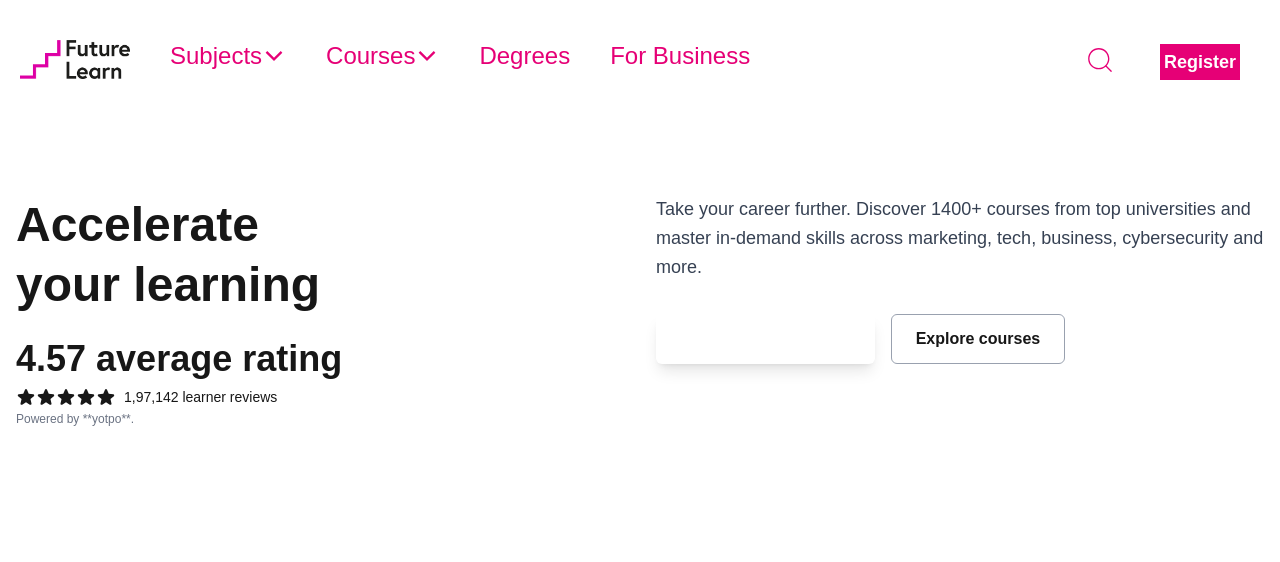
Repository: Aayu0981/Courses-App
Page: / (app in my-app/)
An editor plug-in stored every save of this project. The page is shown before and after a run of saves, followed by the edit.
The browser window is 1280 px wide. The pictures show the whole page.
The project was rebuilt for these pictures with package versions that can differ from the ones it lists, and the page was loaded fresh each time. The framework's server and built-in components were replaced by stand-ins that run in the browser. Also part of the build but not shown: my-app/next.config.ts.

Above is the page before, as saved 2025-11-21 14:05:21.

### my-app/app/page.tsx
import Nav from './Components/Nav'
import MidPAges from './Components/MidP'



export default function Home(){

  return(<div>
   <Nav/>
   <MidPAges/>
  </div>)
}

### my-app/app/Components/Nav.tsx
'use client'
import Image from "next/image"
import { CiSearch } from "react-icons/ci";
import Subject from "./Subject";
import Courses from "./Courses";


export default function Nav(){
  return(

<nav className="m-5 mt-10  bg-white   flex    text-xl ">

  {/* Left logo */}
<div className="flex gap-10 text-2xl" >
   <Image src="/F2.png" alt="IconeImage" height={50} width={110}/>
   <Subject />
   <Courses/>
  <span className=" text-pink-600 hover:text-blue-700">Degrees</span>
  <span className=" w-full whitespace-nowrap overflow-visible  text-pink-600 hover:text-blue-700">For Business</span>
</div>

{/* right part of nav */}
<div  className="flex  gap-10 absolute top-1 right-10 mt-10 text-pink-600 ">
  <CiSearch className="h-8 w-10 hover:text-blue-600  text-2xl" />
  <button className=" text-white bg-pink-600 hover:bg-blue-600 font-semibold text-lg px-1 py-1 ">Register</button>
</div>
</nav>


 )

}

### my-app/app/Components/MidP.tsx
// components/HeroSection.js
import React from 'react';
import { StarIcon } from '@heroicons/react/24/solid';

export default function HeroSection() {
  return (
    // 1. बैकग्राउंड ग्रेडिएंट और padding/margin
    <section className="bg-gradient-to-r from-pink-600-start to-soft-purple-end py-16 md:py-24">
      <div className="container mx-auto px-4">


        <div className="grid md:grid-cols-2 gap-8 items-start">

          {/* (Text and Rating) */}
          <div>
            <h1 className="text-4xl md:text-5xl font-extrabold text-futurelearn-purple leading-tight">
              Accelerate<br />your learning
            </h1>


            <div className="mt-6">
              <p className="text-4xl font-semibold text-futurelearn-purple">4.57 average rating</p>

              {/* star */}
              <div className="flex items-center mt-2">
                {[...Array(5)].map((_, i) => (
                  <StarIcon
                    key={i}
                    className={`w-5 h-5 ${i < 4.5 ? 'text-futurelearn-pink' : 'text-gray-300'}`}

                  />
                ))}
                <span className="ml-2 text-futurelearn-purple text-sm">1,97,142 learner reviews</span>
              </div>

              <p className="text-xs mt-1 text-gray-500">Powered by **yotpo**.</p>
            </div>
          </div>

          {/* right coolum */}
          <div className="pt-4 md:pt-0">
            <p className="text-lg text-gray-700 leading-relaxed">
              Take your career further. Discover 1400+ courses
              from top universities and master in-demand skills
              across marketing, tech, business, cybersecurity and
              more.
            </p>

            {/* buttons*/}
            <div className="flex flex-col sm:flex-row space-y-4 sm:space-y-0 sm:space-x-4 mt-8">
              <button className="bg-futurelearn-pink hover:bg-pink-700 text-white font-semibold py-3 px-6 rounded-md shadow-lg transition duration-300">
                Get Unlimited learning
              </button>
              <button className="bg-white border border-gray-400 hover:border-gray-500 text-futurelearn-purple font-semibold py-3 px-6 rounded-md transition duration-300">
                Explore courses
              </button>
            </div>
          </div>
        </div>
      </div>
    </section>
  );
}

### my-app/app/Components/Subject.tsx
'use client';
import { useState } from "react";

import { IoChevronUpOutline } from "react-icons/io5";

import {IoChevronDownSharp  } from "react-icons/io5";



export default function Subject(){

const[open ,setOpen]=useState(false);


    return(<div className="w-full max-w-sm mx-auto">

    <div onClick={()=>setOpen(!open)} className="flex justify-between items-center cursor-pointer select-none text-pink-600 hover:text-blue-600 text-2xl">
        <span className="">Subjects </span>
        <span className="">{open ? <IoChevronUpOutline />:<IoChevronDownSharp/> }</span>
    </div>

    {open && (
        <ul  className="bg-gray-100 p-3 space-y-2">
            <li>Math</li>
              <li>Math</li>
                <li>Math</li>
        </ul>
    )}
    </div>

);
}

### my-app/app/Components/Courses.tsx
'use client';
import { useState } from "react";

import { IoChevronUpOutline } from "react-icons/io5";

import {IoChevronDownSharp  } from "react-icons/io5";

export default function Courses(){
      const[open ,setOpen]=useState(false);

      return(<div className="w-full max-w-sm mx-auto ">

            <div onClick={()=>setOpen(!open)} className="flex justify-between items-center cursor-pointer select-none  text-pink-600 hover:text-blue-600 text-2xl">
                <span >Courses</span>
                <span>{open ? <IoChevronUpOutline />:<IoChevronDownSharp/> }</span>
            </div>

            {open && (
                <ul  className="bg-gray-100 p-3 space-y-2">
                    <li>Math</li>
                      <li>Math</li>
                        <li>Math</li>
                </ul>
            )}
            </div>

        );
        }

Loaded but not shown: my-app/app/layout.tsx (common file); my-app/app/globals.css (common file)

After the next 2 saves:
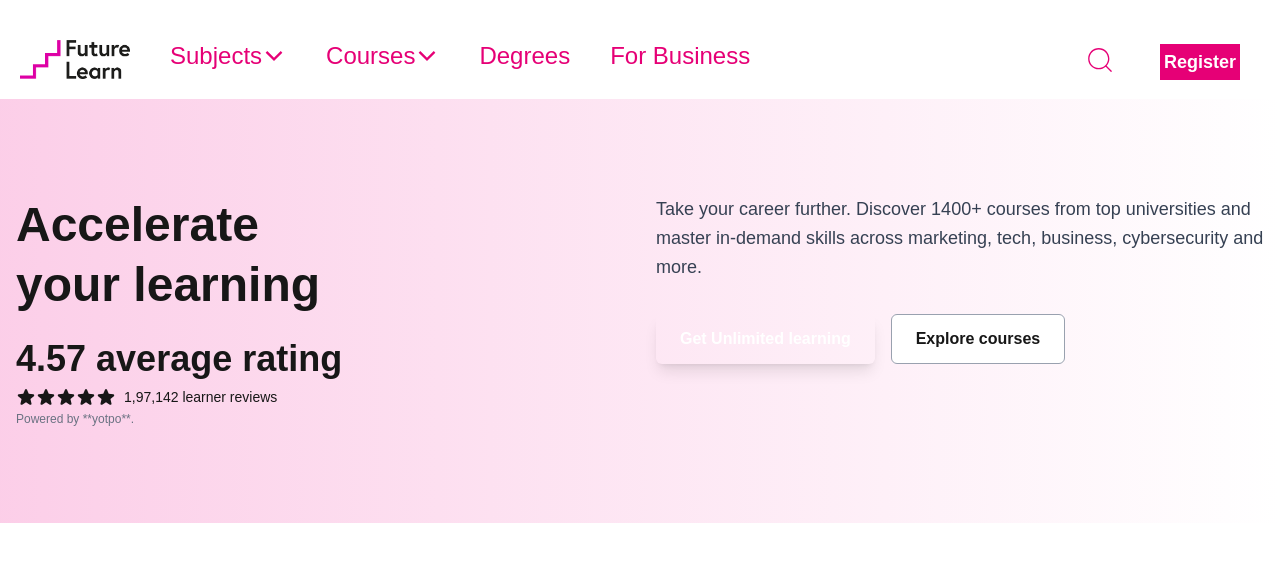
The 2 saves are shown as one change because they came seconds apart.
The last was saved 11 s later.
--- a/my-app/app/Components/MidP.tsx
+++ b/my-app/app/Components/MidP.tsx
@@ -5,7 +5,7 @@
 export default function HeroSection() {
   return (
     // 1. बैकग्राउंड ग्रेडिएंट और padding/margin
-    <section className="bg-gradient-to-r from-pink-600-start to-soft-purple-end py-16 md:py-24">
+    <section className="bg-gradient-to-r from-pink-200 600-start to-soft-purple-end py-16 md:py-24">
       <div className="container mx-auto px-4">
 
 

After the save that followed:
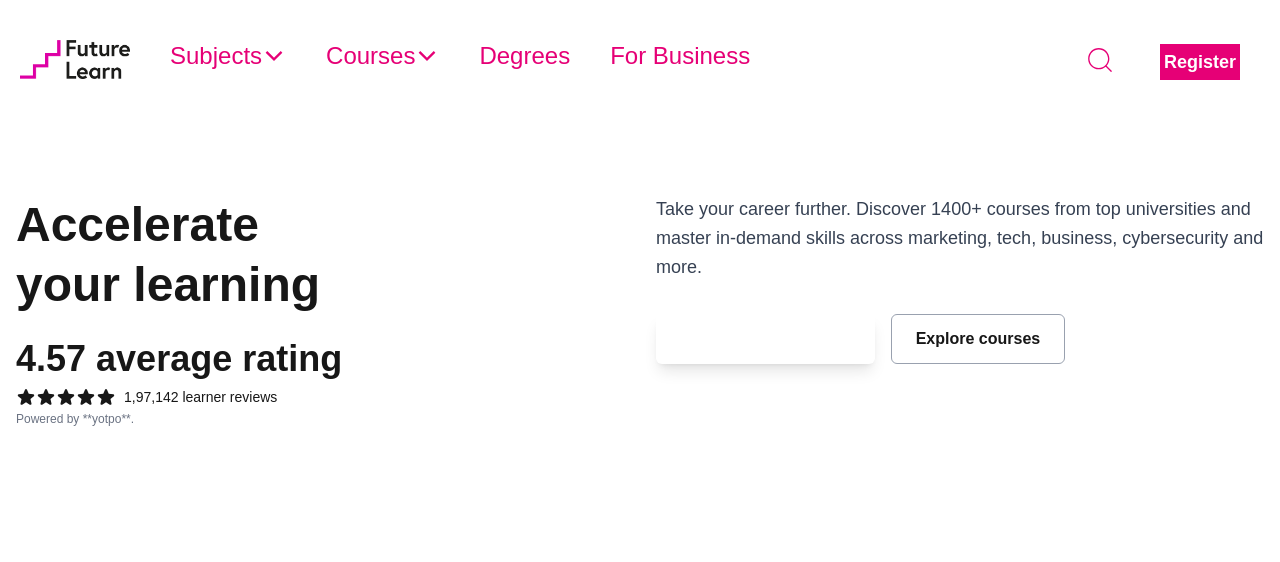
Saved 9 s later.
--- a/my-app/app/Components/MidP.tsx
+++ b/my-app/app/Components/MidP.tsx
@@ -5,7 +5,7 @@
 export default function HeroSection() {
   return (
     // 1. बैकग्राउंड ग्रेडिएंट और padding/margin
-    <section className="bg-gradient-to-r from-pink-200 600-start to-soft-purple-end py-16 md:py-24">
+    <section className="bg-gradient-to-r from-pink-200-start to-soft-purple-end py-16 md:py-24">
       <div className="container mx-auto px-4">
 
 
